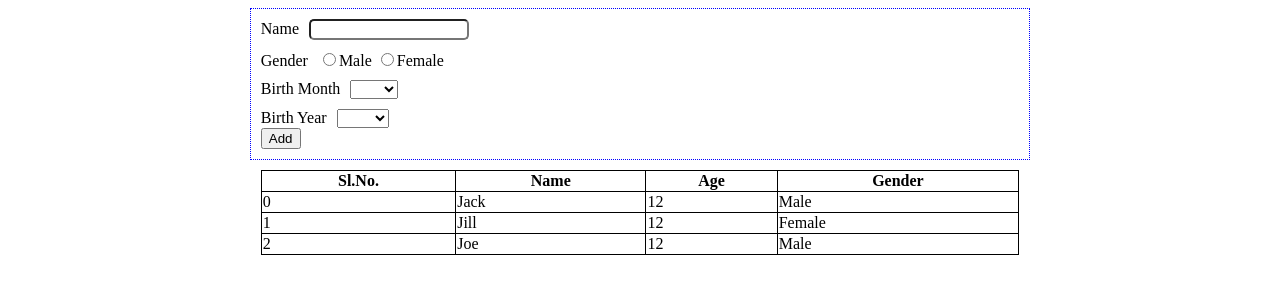
Repository: tysonpaul89/vue-student-crud
Page: /
These files come from the project's save history. The page is drawn as it stood at one moment and after the next save; the edit follows.
The browser window is 1280 px wide. The pictures show the whole page.
The project was rebuilt for these pictures with package versions that can differ from the ones it lists, and the page was loaded fresh each time.

Above is the page before, as saved 2020-04-11 11:24:40.

### src/App.vue
<template>
  <div id="app">
    <StudentForm :type="formType" @studentFormData="addStudent"/>
    <StudentListng :studentArray="students" />
  </div>
</template>

<script>
import StudentListng from './components/StudentListng.vue';
import StudentForm from './components/StudentForm.vue';

export default {
  name: 'App',
  components: {
    StudentListng, // To display student data.
    StudentForm // To Add/Edit student data.
  },
  data() {
    return {
      students: [
        { id:1, name: 'Jack', age: 12, gender: 'Male', birthMonth: 7, birthYear: 2008 },
        { id:2, name: 'Jill', age: 12, gender: 'Female', birthMonth: 7, birthYear: 2008 },
        { id:3, name: 'Joe', age: 12, gender: 'Male', birthMonth: 7, birthYear: 2008 },
      ],
      formType: 'create'
    }
  },
  methods: {
    addStudent(data) {
      if (this.formType === 'create') {
        this.students.push(data);
      } else {
        // pass
      }
    }
  }
}
</script>

<style>

</style>

### src/components/StudentListng.vue
<template>
  <table>
    <thead>
      <tr>
        <th>Sl.No.</th>
        <th>Name</th>
        <th>Age</th>
        <th>Gender</th>
      </tr>
    </thead>
    <tbody>
      <tr v-for="(student, index) in studentArray" :key="student.id">
        <td>{{ index }}</td>
        <td>{{ student.name }}</td>
        <td>{{ student.age }}</td>
        <td>{{ student.gender }}</td>
      </tr>
    </tbody>
  </table>
</template>

<script>
export default {
  props: {
    studentArray: Array
  }
};
</script>

<style scoped>
table {
  border-collapse: collapse;
  width: 60%;
  margin: 0 auto;
}

table,
td,
th {
  border: 1px solid black;
}
</style>

### src/components/StudentForm.vue
<template>
  <div class="container">
    <form>
      <div class="form-group">
        <label for="name">Name</label>
        <input type="text" id="name" name="name" v-model="studentForm.name" />
      </div>
      <div class="form-group">
        <label>Gender</label>
        <input type="radio" name="Male" value="Male" v-model="studentForm.gender">Male
        <input type="radio" name="Female" value="Female" v-model="studentForm.gender">Female
      </div>
      <div class="form-group">
        <label for="month">Birth Month</label>
        <select name="month" id="month" v-model="studentForm.birthMonth">
          <option v-for="(month, index) in months" :key="index" :value="index">{{month}}</option>
        </select>
      </div>
      <div class="form-group">
        <label for="year">Birth Year</label>
        <select name="year" id="year" v-model="studentForm.birthYear">
          <option v-for="(year, index) in years" :key="index" :value="year">{{year}}</option>
        </select>
      </div>
      <button type="button" @click="onSubmit()">{{ type === 'create' ? 'Add' : 'Edit' }}</button>
    </form>
  </div>
</template>

<script>
export default {
  props: ['type'],
  computed: {
    years: () => {
      const yearLimit = new Date().getFullYear() - 5;
      const years = [];
      for(let i=2000; i < yearLimit; i++) {
        years.push(i);
      }
      return years;
    }
  },
  data() {
    return {
      studentForm: {
        name: "",
        gender: null,
        birthMonth: null,
        birthYear: null,
      },
      months: ['Jan', 'Feb', 'Mar', 'Apr', 'May', 'Jun', 'Jul', 'Aug', 'Sep', 'Oct', 'Nov', 'Dec'],
    };
  },
  methods: {
    onSubmit() {
      const today = new Date()
      let student = null;
      if (this.type === 'create') {
        student = {
          id: today.getMilliseconds(),
          name: this.studentForm.name,
          age:  today.getFullYear() - this.studentForm.birthYear,
          gender: this.studentForm.gender,
          birthMonth: this.studentForm.birthMonth,
          birthYear: this.studentForm.birthYear,
        };
      } else {
        // pass
      }
      // Pass to the parent element.
      this.$emit('studentFormData', student)
    }
  }
};
</script>

<style scoped>
.container {
  width: 60%;
  margin: 0 auto;
  margin-bottom: 10px;
  border: 1px dotted blue;
  padding: 0 10px 10px 10px;
}

.form-group {
  padding-top: 10px;
}

.form-group label {
  padding-right: 10px;
}

.form-group input[type="text"] {
  border-radius: 5px;
  width: 20%;
}
</style>

Loaded but not shown: public/index.html (common file); src/main.js (common file)

After the next save:
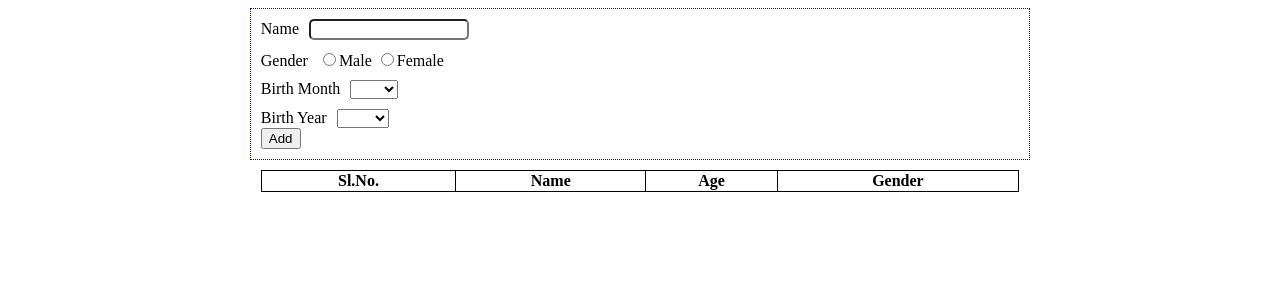
Saved 38 s later.
--- a/src/App.vue
+++ b/src/App.vue
@@ -18,9 +18,6 @@ export default {
   data() {
     return {
       students: [
-        { id:1, name: 'Jack', age: 12, gender: 'Male', birthMonth: 7, birthYear: 2008 },
-        { id:2, name: 'Jill', age: 12, gender: 'Female', birthMonth: 7, birthYear: 2008 },
-        { id:3, name: 'Joe', age: 12, gender: 'Male', birthMonth: 7, birthYear: 2008 },
       ],
       formType: 'create'
     }
